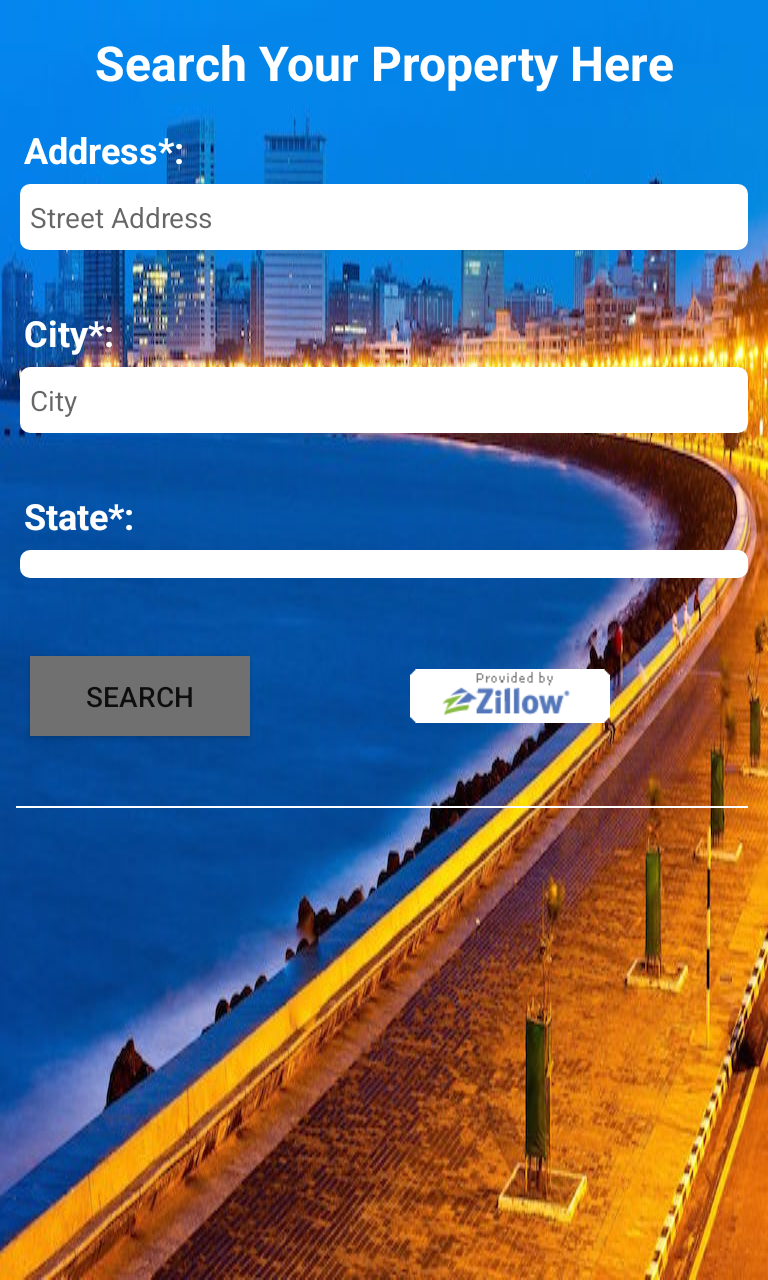
Repository: Warun26/PropertySearch
Layout: PropertySearch/res/layout/activity_main.xml
These files come from the project's save history. The layout is drawn as it stood at one moment and after the next save; the edit follows.
It is drawn on a 768 x 1280 px phone screen (xhdpi) without system bars, with theme AppTheme; the app's code is not run. The app's manifest (not shown) leaves right-to-left support off. So textAlignment, textDirection and layoutDirection are ignored, and left and right values win over start and end ones.

Above is the layout before, as saved 2014-11-19 20:12:38.

### PropertySearch/res/layout/activity_main.xml
<?xml version="1.0" encoding="utf-8"?>
<LinearLayout xmlns:android="http://schemas.android.com/apk/res/android"
    xmlns:tools="http://schemas.android.com/tools"
    android:layout_width="match_parent"
    android:layout_height="match_parent"
    android:background="@drawable/background"
    android:orientation="vertical" >

    <LinearLayout
    	android:layout_width="match_parent"
    	android:layout_height="wrap_content"
    	android:orientation="horizontal">
	    <TextView
	    	android:id="@+id/formTitle"
		    android:layout_width="match_parent"
		    android:layout_height="wrap_content"
		    android:layout_marginTop="15dp"
		    android:layout_marginBottom="5dp"
		    android:text="@string/form_title"
		    android:gravity="center_horizontal"
		    android:textStyle="bold"
		    android:textSize="24sp"
		    android:textColor="#fff" />
	</LinearLayout>

    <LinearLayout
        android:layout_width="match_parent"
        android:layout_height="wrap_content"
        android:orientation="vertical">
        <TextView
            android:id="@+id/StreetAddressLabel"
            android:layout_gravity="center_horizontal"
            android:layout_marginTop="10dp"
            android:layout_marginBottom="5dp"
            android:layout_marginStart="8dp"
            android:layout_marginLeft="8dp"
            android:layout_width="fill_parent"
            android:layout_height="wrap_content"
            android:text="@string/address"
            android:textStyle="bold"
            android:textColor="#fff"
            android:textSize="18sp" />
        <EditText
            android:id="@+id/StreetAddressInput"
            android:layout_width="fill_parent"
            android:layout_height="wrap_content"
            android:hint="@string/street_address"
            android:paddingTop="7dp"
            android:paddingBottom="7dp"
            android:paddingStart="5dp"
            android:paddingLeft="5dp"
            android:paddingEnd="5dp"
            android:layout_marginLeft="10dp"
            android:layout_marginRight="10dp"
            android:textSize="14sp"
            android:background="@drawable/editbox"/>
        <TextView
            android:id="@+id/StreetError"
            android:layout_width="fill_parent"
            android:layout_height="wrap_content"
            android:text="@string/error_message"
            android:textColor="#ff0000"
            android:layout_marginLeft="10dp"
            android:layout_marginStart="10dp"
            android:textStyle="bold"
            android:visibility="invisible" />
    </LinearLayout>

    <LinearLayout
        android:layout_width="match_parent"
        android:layout_height="wrap_content"
        android:orientation="vertical">
        <TextView
            android:id="@+id/CityLabel"
            android:layout_gravity="center_horizontal"
            android:layout_marginTop="10dp"
            android:layout_marginBottom="5dp"
            android:layout_marginStart="8dp"
            android:layout_marginLeft="8dp"
            android:layout_width="fill_parent"
            android:layout_height="wrap_content"
            android:text="@string/city_label"
            android:textStyle="bold"
            android:textColor="#fff"
            android:textSize="18sp" />
        <EditText
            android:id="@+id/CityInput"
            android:layout_width="fill_parent"
            android:layout_height="wrap_content"
            android:hint="@string/city"
            android:paddingTop="7dp"
            android:paddingBottom="7dp"
            android:paddingStart="5dp"
            android:paddingLeft="5dp"
            android:paddingEnd="5dp"
            android:layout_marginLeft="10dp"
            android:layout_marginRight="10dp"
            android:textSize="14sp"
            android:background="@drawable/editbox"/>
        <TextView
            android:id="@+id/CityError"
            android:layout_width="fill_parent"
            android:layout_height="wrap_content"
            android:text="@string/error_message"
            android:textColor="#ff0000"
            android:layout_marginLeft="10dp"
            android:layout_marginStart="10dp"
            android:textStyle="bold"
            android:visibility="invisible" />
    </LinearLayout>

    <LinearLayout
        android:layout_width="match_parent"
        android:layout_height="wrap_content"
        android:orientation="vertical">
        <TextView
            android:id="@+id/StateLabel"
            android:layout_gravity="center_horizontal"
            android:layout_marginTop="10dp"
            android:layout_marginBottom="5dp"
            android:layout_marginStart="8dp"
            android:layout_marginLeft="8dp"
            android:layout_width="fill_parent"
            android:layout_height="wrap_content"
            android:text="@string/state"
            android:textStyle="bold"
            android:textColor="#fff"
            android:textSize="18sp" />
        <Spinner
    		android:id="@+id/stateInput"
		    android:layout_width="fill_parent"
		    android:layout_height="wrap_content"
		    android:layout_marginLeft="10dp"
		    android:layout_marginRight="10dp"
		    android:paddingTop="7dp"
		    android:paddingBottom="7dp"
            android:paddingStart="5dp"
            android:paddingLeft="5dp"
            android:paddingRight="5dp"
            android:paddingEnd="5dp"
            android:textSize="14sp"
		    android:background="@drawable/editbox" />

        <TextView
            android:id="@+id/StateError"
            android:layout_width="fill_parent"
            android:layout_height="wrap_content"
            android:text="@string/error_message"
            android:textColor="#ff0000"
            android:layout_marginLeft="10dp"
            android:layout_marginStart="10dp"
            android:textStyle="bold"
            android:visibility="invisible" />
    </LinearLayout>
    <LinearLayout
        android:layout_width="wrap_content"
        android:layout_height="wrap_content"
        android:orientation="horizontal">

        <Button
            android:id="@+id/searchButton"
            android:layout_width="110dp"
            android:layout_height="40dp"
            android:text="@string/search"
            android:layout_marginLeft="15dp"
            android:layout_marginStart="7dp"
            android:layout_marginTop="20dp"
            android:paddingLeft="3dp"
            android:paddingRight="3dp"
            android:layout_weight="1"
            android:background="#707070"
            android:onClick="sendZillow"/>
        <ImageView
            android:id="@+id/zillowLogo"
            android:layout_width="100dp"
            android:layout_height="80dp"
            android:src="@drawable/zillow"
            android:layout_weight="1"
            android:layout_marginLeft="80dp"
            android:layout_marginStart="80dp"
            android:contentDescription="@string/zillow_image"/>
    </LinearLayout>
    <LinearLayout
        android:layout_width="fill_parent"
        android:layout_height="1dp"
        android:layout_marginTop="15dp"
        android:layout_marginLeft="8dp"
        android:layout_marginRight="10dp"
        android:layout_marginStart="8dp"
        android:layout_marginEnd="10dp"
        android:background="#fff"
        android:orientation="horizontal"
       />
</LinearLayout>

### PropertySearch/res/values/strings.xml
<?xml version="1.0" encoding="utf-8"?>
<resources>

    <string name="app_name">PropertySearch</string>
    <string name="hello_world">Hello world!</string>
    <string name="action_settings">Settings</string>
    <string name="search">Search</string>
    <string name="title_activity_main">MainActivity</string>
    <string name="form_title">Search Your Property Here</string>
    <string name="street_address">Street Address</string>
    <string name="address">Address*:</string>
    <string name="city_label">City*:</string>
    <string name="city">City</string>
    <string name="state">State*:</string>
    <string name="zillow_image">Zillow Logo</string>
    <string name="error_message">This field is required.</string>
    <string name="body1">body1</string>
    <string name="body2">body2</string>
    <string name="previous">Previous</string>
    <string name="next">Next</string>
    <string name="more_details">See more details on Zillow</string>
    <string-array name="states">
        <item>Choose State</item>
        <item>AL</item>
        <item>AK</item>
        <item>AZ</item>
        <item>AR</item>
        <item>CA</item>
        <item>CO</item>
        <item>CT</item>
        <item>DE</item>
        <item>DC</item>
        <item>FL</item>
        <item>GA</item>
        <item>HI</item>
        <item>ID</item>
        <item>IL</item>
        <item>IN</item>
        <item>IA</item>
        <item>KS</item>
        <item>KY</item>
        <item>LA</item>
        <item>ME</item>
        <item>MD</item>
        <item>MA</item>
        <item>MI</item>
        <item>MN</item>
        <item>MS</item>
        <item>MO</item>
        <item>MT</item>
        <item>NE</item>
        <item>NV</item>
        <item>NH</item>
        <item>NJ</item>
        <item>NM</item>
        <item>NY</item>
        <item>NC</item>
        <item>ND</item>
        <item>OH</item>
        <item>OK</item>
        <item>OR</item>
        <item>PA</item>
        <item>PA</item>
        <item>RI</item>
        <item>SC</item>
        <item>SD</item>
        <item>TN</item>
        <item>TX</item>
        <item>UT</item>
        <item>VT</item>
        <item>VA</item>
        <item>WA</item>
        <item>WV</item>
        <item>WI</item>
        <item>WY</item>
    </string-array>

    <string name="title_activity_display_property_details">Results from Zillow</string>

</resources>

### PropertySearch/res/drawable-ldpi/editbox.xml
<?xml version="1.0" encoding="UTF-8"?>

<shape xmlns:android="http://schemas.android.com/apk/res/android"
    android:shape="rectangle" >

    <solid
        android:color="#fff" >
    </solid>

    <corners
        android:radius="1dp"
        android:bottomLeftRadius="5dp"
        android:bottomRightRadius="5dp"
        android:topLeftRadius="5dp"
        android:topRightRadius="5dp" >
    </corners>

</shape>

Loaded but not shown: PropertySearch/res/values/styles.xml (common file); PropertySearch/res/values-v11/styles.xml (common file); PropertySearch/res/values-v14/styles.xml (common file)

After the next save:
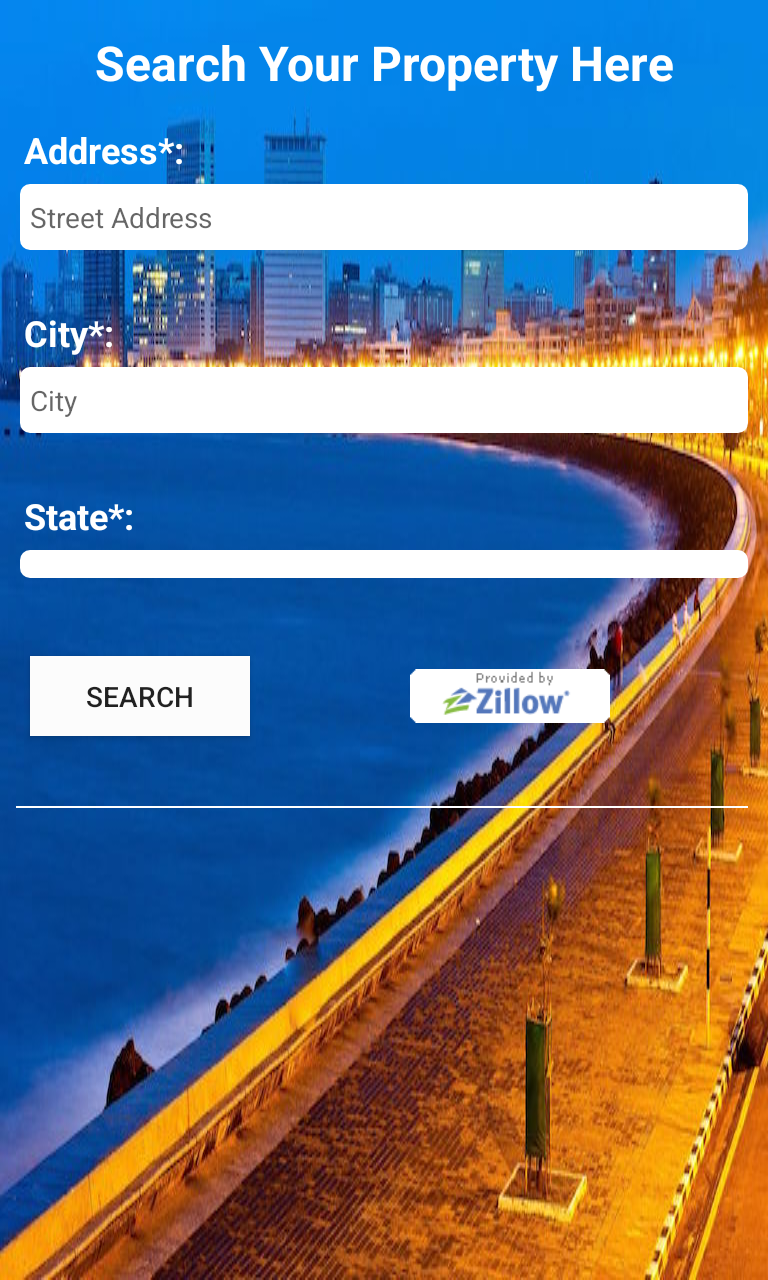
Saved 28 s later.
--- a/PropertySearch/res/layout/activity_main.xml
+++ b/PropertySearch/res/layout/activity_main.xml
@@ -168,7 +168,7 @@
             android:paddingLeft="3dp"
             android:paddingRight="3dp"
             android:layout_weight="1"
-            android:background="#707070"
+            android:background="#FCFCFC"
             android:onClick="sendZillow"/>
         <ImageView
             android:id="@+id/zillowLogo"
